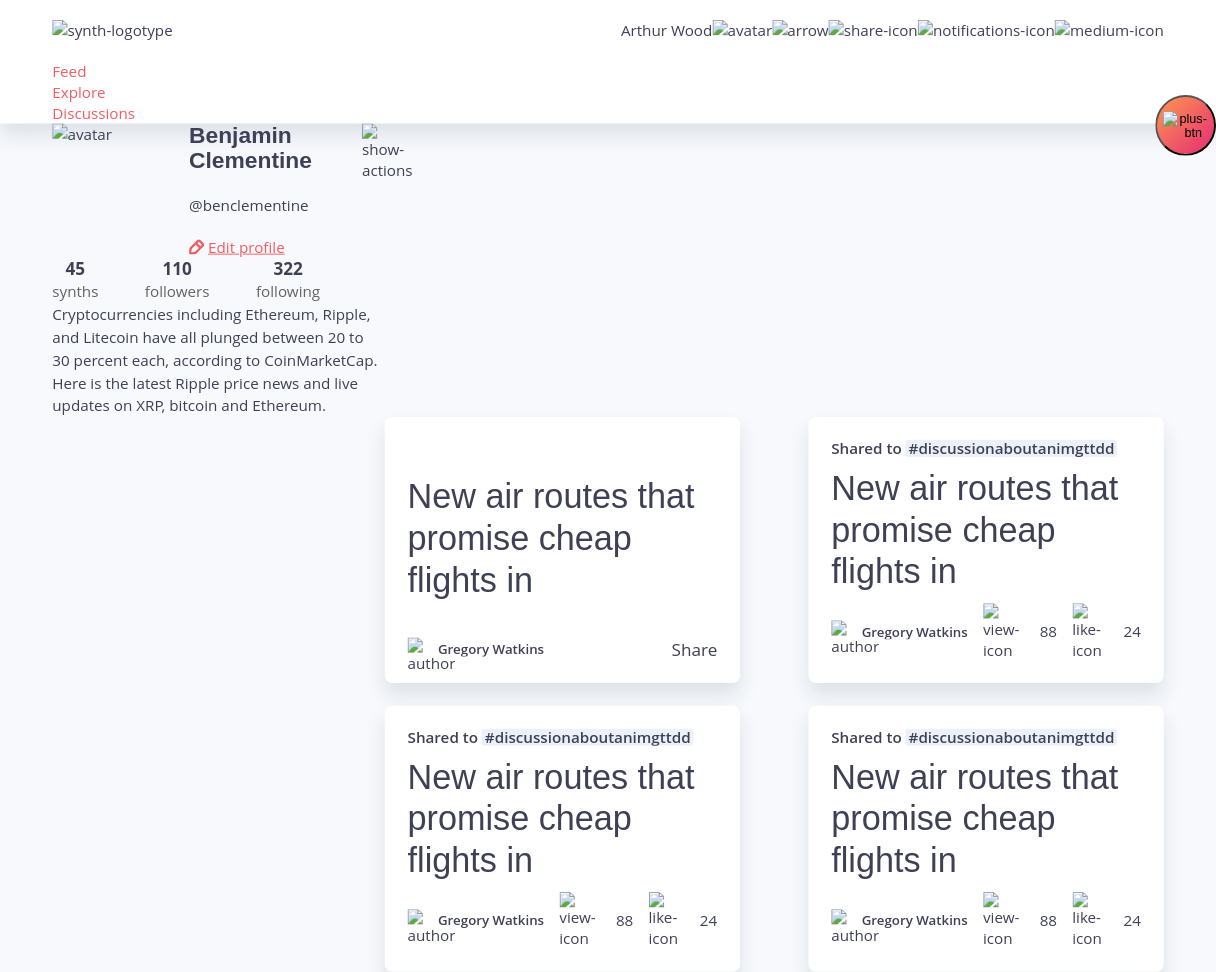
Repository: ecspetra/swivl-test-task
Page: index.html
An editor plug-in stored every save of this project. The page is shown before and after the next save, followed by the edit.
The browser window is 1280 px wide. The pictures show the whole page, at 95% of full size.

Above is the page before, as saved 2021-12-09 21:12:34.

After the next save:
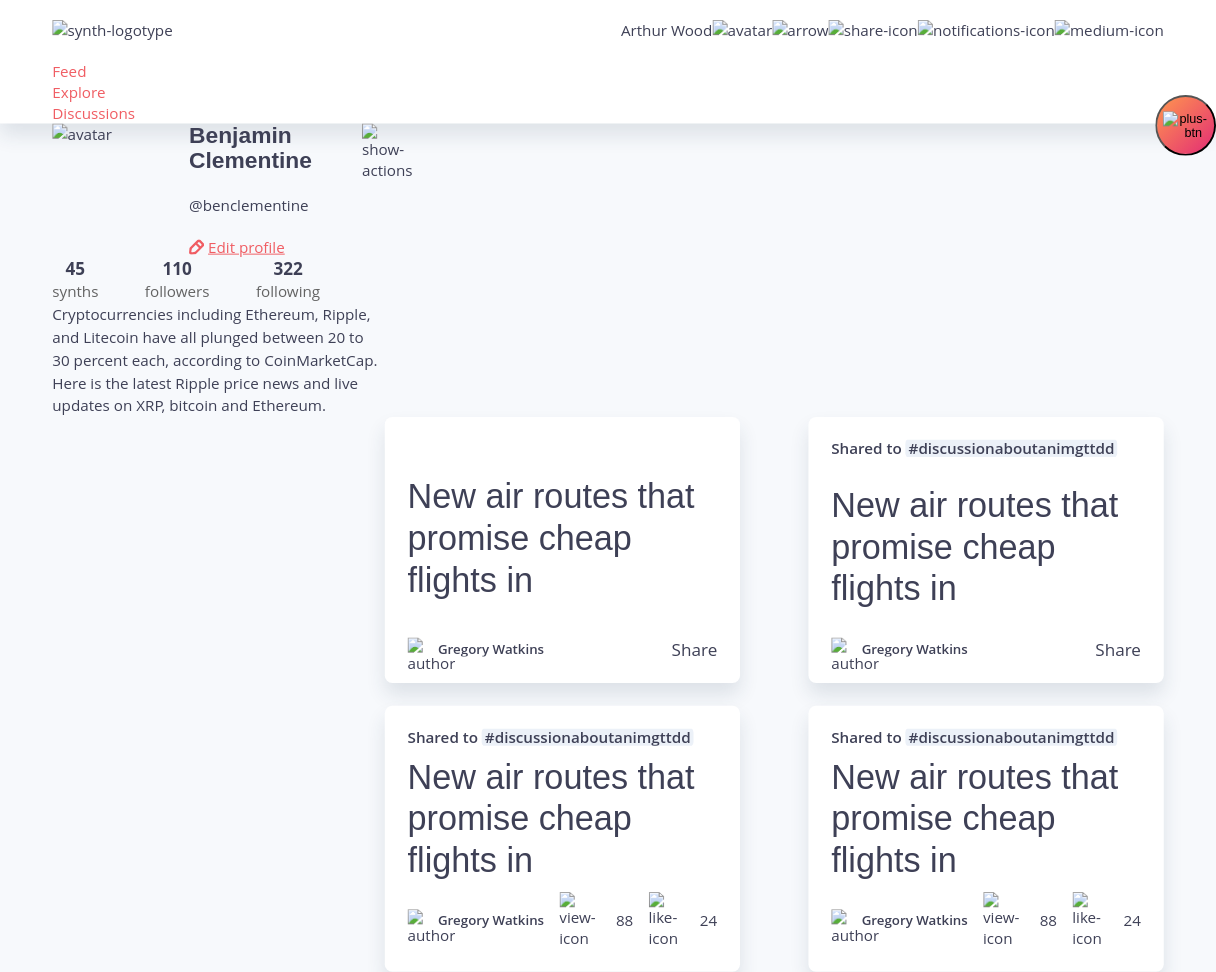
Saved 22 s later.
--- a/index.html
+++ b/index.html
@@ -109,13 +109,8 @@
                                 <p class="profile-card__author-name">Gregory Watkins</p>
                             </div>
                             <div class="profile-card__actions-wrapper">
-                                <div class="profile-card__icon-wrapper">
-                                    <img class="profile-card__view-icon" src="" alt="view-icon">
-                                    <p class="">88</p>
-                                </div>
-                                <div class="profile-card__icon-wrapper">
-                                    <img class="profile-card__like-icon" src="" alt="like-icon">
-                                    <p class="">24</p>
+                                <div class="profile-card__share-wrapper">
+                                    <p class="profile-card__share-link">Share</p>
                                 </div>
                             </div>
                         </div>
